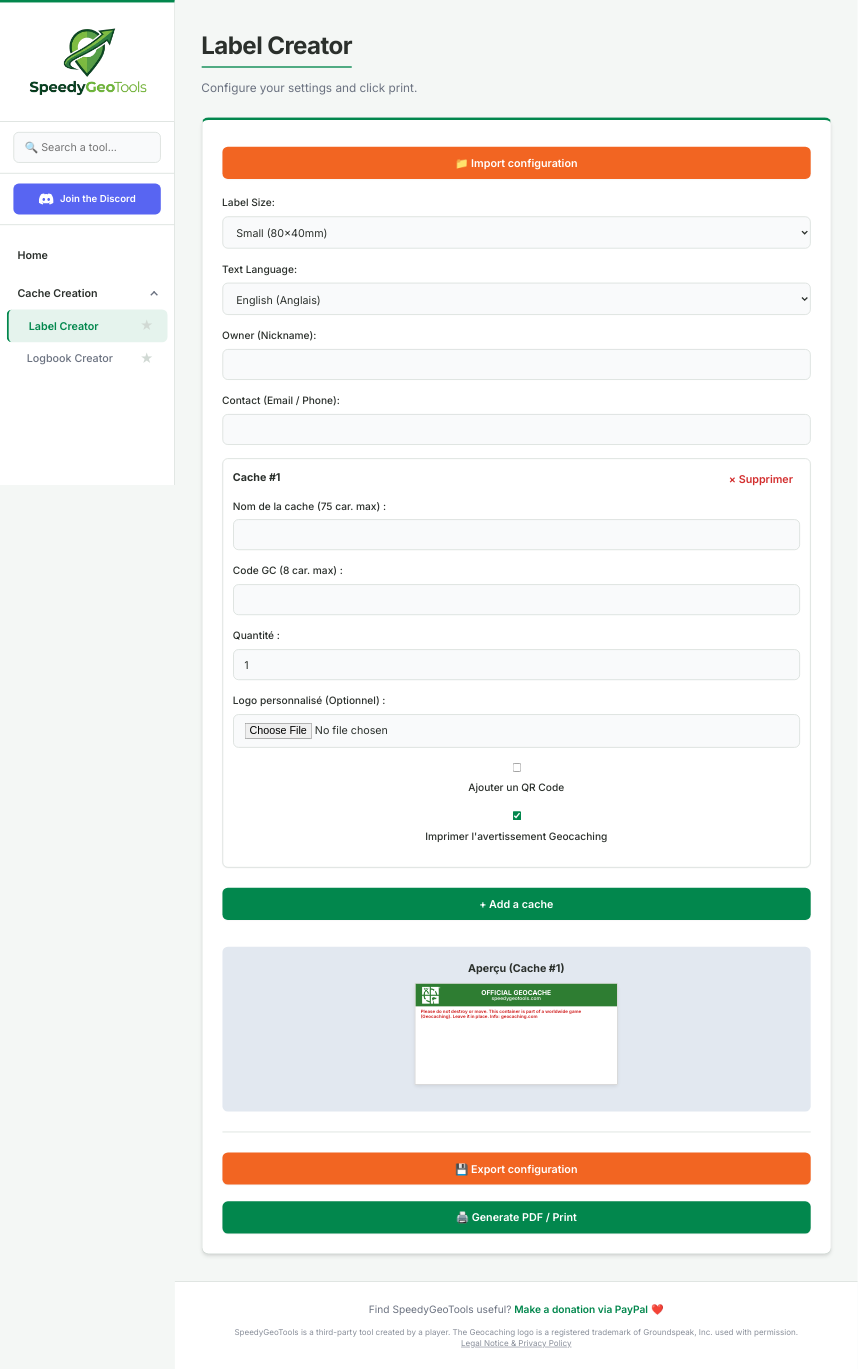
Repository: rodafux/SpeedyGeoTools
Page: labels.html
An editor plug-in stored every save of this project. The page is shown before and after the next save, followed by the edit.
The browser window is 1280 px wide. The pictures show the whole page, at 67% of full size.

Above is the page before, as saved 2026-04-12 04:36:06.

### labels.html
<!DOCTYPE html>
<html lang="en">
<head>
    <meta charset="UTF-8">
    <meta name="viewport" content="width=device-width, initial-scale=1.0">
    <meta property="og:title" content="SpeedyGeoTools - Label Creator">
    <meta property="og:description" content="Generate and print your custom geocaching labels with QR Codes and personalized options.">
    <meta property="og:image" content="https://speedygeotools.com/logo.png">
    <meta property="og:url" content="https://speedygeotools.com/labels.html">
    <meta property="og:type" content="website">
    <title>SpeedyGeoTools - Label Creator</title>
    <meta name="description" content="Generate and print your custom geocaching labels with QR Codes and personalized options.">
    <link rel="icon" type="image/png" href="favicon.png">
    <link rel="alternate" hreflang="en" href="https://speedygeotools.com/labels.html" />
    <link rel="alternate" hreflang="fr" href="https://speedygeotools.com/fr/labels.html" />
    <link rel="alternate" hreflang="x-default" href="https://speedygeotools.com/labels.html" />
    <link rel="preconnect" href="https://fonts.googleapis.com">
    <link rel="preconnect" href="https://fonts.gstatic.com" crossorigin>
    <link href="https://fonts.googleapis.com/css2?family=Inter:wght@400;500;600;700&display=swap" rel="stylesheet">
    <link rel="stylesheet" href="css/style.css">
    <link rel="stylesheet" href="css/print.css">
    <link rel="canonical" href="https://speedygeotools.com/labels.html" />
    <script src="https://cdnjs.cloudflare.com/ajax/libs/qrious/4.0.2/qrious.min.js"></script>
    <script>
        (function() {
            var supportedLangs = ['fr'];
            var userLang = (navigator.language || navigator.userLanguage).substring(0, 2).toLowerCase();
            if (!sessionStorage.getItem('lang_redirect') && supportedLangs.indexOf(userLang) !== -1) {
                sessionStorage.setItem('lang_redirect', 'true');
                window.location.replace(userLang + '/labels.html' + window.location.search);
            }
        })();
    </script>
</head>
<body>
    <div class="app-sidebar no-print">
        <div class="sidebar-header">
            <a href="index.html" class="sidebar-brand">
                <img src="logo.png" alt="SpeedyGeoTools" class="brand-logo">
            </a>
            <button class="mobile-menu-toggle" onclick="toggleMobileMenu()">☰</button>
        </div>
        <div class="sidebar-content" id="sidebarContent">
            <div class="search-container">
                <input type="text" id="toolSearch" placeholder="🔍 Search a tool..." onkeyup="filterTools()">
            </div>
            <div class="sidebar-discord">
                <a href="https://discord.gg/7D9yHJCKaA" target="_blank">
                    <svg viewBox="0 0 127.14 96.36" width="22" height="22" fill="currentColor"><path d="M107.7,8.07A105.15,105.15,0,0,0,81.47,0a72.06,72.06,0,0,0-3.36,6.83A97.68,97.68,0,0,0,49,6.83,72.37,72.37,0,0,0,45.64,0,105.89,105.89,0,0,0,19.39,8.09C2.79,32.65-1.71,56.6.54,80.21h0A105.73,105.73,0,0,0,32.71,96.36,77.7,77.7,0,0,0,39.6,85.25a68.42,68.42,0,0,1-10.85-5.18c.91-.66,1.8-1.34,2.66-2a75.57,75.57,0,0,0,64.32,0c.87.71,1.76,1.39,2.66,2a68.68,68.68,0,0,1-10.87,5.19,77,77,0,0,0,6.89,11.1A105.25,105.25,0,0,0,126.6,80.22h0C129.24,52.84,122.09,29.11,107.7,8.07ZM42.45,65.69C36.18,65.69,31,60,31,53s5-12.74,11.43-12.74S54,46,53.89,53,48.84,65.69,42.45,65.69Zm42.24,0C78.41,65.69,73.31,60,73.31,53s5-12.74,11.43-12.74S96.33,46,96.22,53,91.08,65.69,84.69,65.69Z"/></svg>
                    <span>Join the Discord</span>
                </a>
            </div>
            <div class="sidebar-nav">
                <a href="index.html">Home</a>
                <details open>
                    <summary>Cache Creation</summary>
                    <a href="labels.html" class="active">Label Creator</a>
                    <a href="logbook.html">Logbook Creator</a>
                </details>
            </div>
        </div>
    </div>
    <main class="app-content">
        <div class="container no-print">
            <h1>Label Creator</h1>
            <p class="subtitle">Configure your settings and click print.</p>
            <div class="main-layout" style="display:block;">
                <div class="controls-panel">
                    <div style="margin-bottom: 25px;">
                        <input type="file" id="importLabels" accept=".json" onchange="importConfig(event)" style="display: none;">
                        <button onclick="document.getElementById('importLabels').click()" class="btn-secondary">📁 Import configuration</button>
                    </div>
                    <div class="form-group">
                        <label for="labelSize">Label Size:</label>
                        <select id="labelSize" onchange="onSizeChange()">
                            <option value="micro">Micro (50x25mm)</option>
                            <option value="small" selected>Small (80x40mm)</option>
                            <option value="regular">Regular (120x60mm)</option>
                        </select>
                    </div>
                    <div class="form-group">
                        <label for="pdfLanguage">Text Language:</label>
                        <select id="pdfLanguage" onchange="onSizeChange()">
                            <option value="fr">Français</option>
                            <option value="en" selected>English (Anglais)</option>
                            <option value="de">Deutsch (Allemand)</option>
                            <option value="es">Español (Espagnol)</option>
                            <option value="it">Italiano (Italien)</option>
                            <option value="pt">Português (Portugais)</option>
                            <option value="nl">Nederlands (Néerlandais)</option>
                            <option value="cs">Čeština (Tchèque)</option>
                        </select>
                    </div>
                    <div class="form-group">
                        <label for="labelOwner">Owner (Nickname):</label>
                        <input type="text" id="labelOwner" onkeyup="updateLabelPreview()">
                    </div>
                    <div class="form-group">
                        <label for="labelMail">Contact (Email / Phone):</label>
                        <input type="text" id="labelMail" onkeyup="updateLabelPreview()">
                    </div>
                    <div id="cachesListContainer"></div>
                    <button onclick="addCacheCard()" style="margin-bottom: 20px;">+ Add a cache</button>
                    <div id="labelPreviewContainer" style="margin-top: 20px; background: #e2e8f0; padding: 20px; border-radius: 8px;"></div>
                    <div style="margin-top: 30px; border-top: 1px solid var(--border-color); padding-top: 20px;">
                        <button onclick="exportConfig()" class="btn-secondary" style="margin-bottom: 15px;">💾 Export configuration</button>
                        <button onclick="generateLabelsAndPrint()">🖨️ Generate PDF / Print</button>
                    </div>
                </div>
            </div>
        </div>
        <footer class="site-footer no-print">
            <p>Find SpeedyGeoTools useful? <a href="https://paypal.me/JulienPorcher" target="_blank" rel="noopener noreferrer">Make a donation via PayPal</a> ❤️</p>
            <p class="disclaimer">
                SpeedyGeoTools is a third-party tool created by a player. The Geocaching logo is a registered trademark of Groundspeak, Inc. used with permission.<br>
                <a href="legal.html">Legal Notice & Privacy Policy</a>
            </p>
        </footer>
    </main>
    <div id="render-area"></div>
    <script src="js/i18n.js"></script>
    <script src="js/formats/micro.js"></script>
    <script src="js/formats/small.js"></script>
    <script src="js/formats/regular.js"></script>
    <script src="js/labels.js"></script>
    <script src="js/main.js"></script>
</body>
</html>

### css/print.css
@media print {
    @page { size: A4 portrait; margin: 0; }
    body { background: white; padding: 0; margin: 0; color: black; font-family: sans-serif; display: block; }
    body > * { display: none !important; }
    body > #render-area { display: block !important; width: 100%; }
    .a4-page { width: 210mm; height: 297mm; padding: 10mm 15mm; box-sizing: border-box; display: flex; justify-content: center; break-after: page; }
    .a4-page:last-child { page-break-after: auto; break-after: auto; }
    .log-strip { height: 100%; border: 1px solid #000; border-left: none; box-sizing: border-box; display: flex; flex-direction: column; overflow: hidden; }
    .log-strip:first-child { border-left: 1px solid #000; }
    .staple-area { min-height: 10mm; border-bottom: 1px dashed #999; }
    .official-logo-box { text-align: center; padding: 5mm 0; border-bottom: 1px solid #000; }
    .official-logo-box img { width: 20mm; height: auto; }
    .official-logo-box div { font-size: 7px; font-weight: bold; margin-top: 2px; }
    .strip-logo { width: 100%; max-height: 25mm; object-fit: contain; margin: 4mm 0; padding: 0 2mm; box-sizing: border-box; display: block; }
    .logo-container { border-bottom: 1px solid #000; }
    .created-on { text-align: center; font-size: 9px; font-weight: bold; background-color: #000 !important; color: #FFF !important; padding: 4px 1mm; border-bottom: 1px solid #000; text-transform: uppercase; letter-spacing: 0.3px; -webkit-print-color-adjust: exact; print-color-adjust: exact; }
    .cache-info { text-align: center; padding: 4px 3mm 4px 5mm; border-bottom: 1px solid #000; font-size: 10px; }
    .cache-info strong { font-size: 11px; display: block; }
    .emergency-box { padding: 6px 3mm 6px 5mm; border-bottom: 1px solid #000; font-size: 8px; line-height: 1.6; }
    .emergency-box strong { display: block; text-align: center; font-size: 10px; margin-bottom: 4px; }
    .warning-text { font-size: 6.5px; padding: 4px 3mm 4px 5mm; text-align: justify; line-height: 1.2; border-bottom: 1px solid #000; }
    .warning-text strong { display: block; text-align: center; margin-bottom: 3px; font-size: 7.5px; }
    .warning-text ul { padding-left: 8px; margin: 3px 0; }
    .qr-box { padding: 4px 3mm 4px 5mm; text-align: center; border-bottom: 1px solid #000; }
    .qr-title { font-size: 7px; font-weight: bold; margin-bottom: 2px; }
    .qr-warn { font-size: 6px; margin-top: 2px; color: #333; }
    .podium-box { display: flex; flex-direction: column; border-bottom: 1px solid #000; }
    .podium-stamp { border-bottom: 1px dotted #888; display: flex; flex-direction: column; padding: 2px 2px 2px 5mm; box-sizing: border-box; }
    .podium-stamp.with-tampon { min-height: 35mm; }
    .podium-stamp:last-child { border-bottom: none; }
    .podium-header { display: flex; flex-wrap: wrap; align-items: center; gap: 3px; font-size: 7px; color: #333; margin-bottom: 2mm; }
    .podium-title { font-weight: bold; font-size: 10px; color: #000; margin-right: 2px; }
    .podium-input-date { font-style: italic; }
    .podium-input-pseudo { font-style: italic; flex-grow: 1; }
    .podium-tampon { flex-grow: 1; display: flex; align-items: center; justify-content: center; font-size: 10px; color: #aaa; text-transform: uppercase; letter-spacing: 1px; border: 1px dotted #ccc; }
    .logs-container { flex-grow: 1; display: flex; flex-direction: column; }
    .log-row { flex: 1; border-bottom: 1px solid #ccc; box-sizing: border-box; display: flex; }
    .log-row:last-child { border-bottom: none; }
    .staple-spacer { border-bottom: 1px solid #ccc; }
    .log-date { width: 10mm; border-right: 1px dotted #ccc; font-size: 7px; padding: 2px 2px 2px 3mm; color: #666; box-sizing: border-box; }
    .log-name { flex-grow: 1; font-size: 7px; padding: 2px 2px 2px 2mm; color: #666; box-sizing: border-box; }
}

Loaded but not shown: js/i18n.js (218 lines, source omitted); js/labels.js (226 lines, source omitted); js/main.js (199 lines, source omitted); js/formats/small.js (61 lines, source omitted); js/formats/micro.js (56 lines, source omitted); js/formats/regular.js (44 lines, source omitted); js/sidebar.js (51 lines, source omitted); css/style.css (209 lines, source omitted)

After the next save:
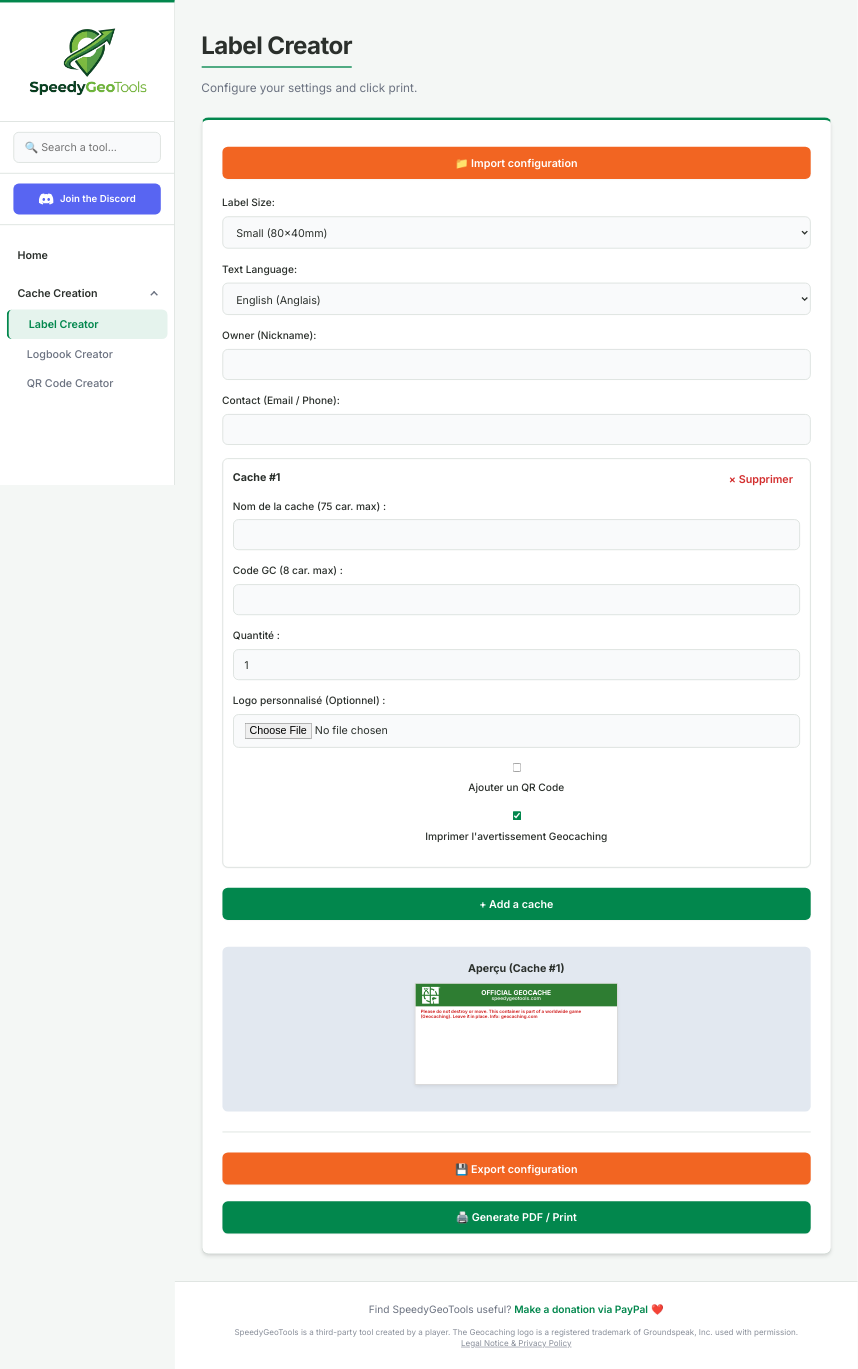
Saved 6 s later.
--- a/labels.html
+++ b/labels.html
@@ -33,33 +33,7 @@
     </script>
 </head>
 <body>
-    <div class="app-sidebar no-print">
-        <div class="sidebar-header">
-            <a href="index.html" class="sidebar-brand">
-                <img src="logo.png" alt="SpeedyGeoTools" class="brand-logo">
-            </a>
-            <button class="mobile-menu-toggle" onclick="toggleMobileMenu()">☰</button>
-        </div>
-        <div class="sidebar-content" id="sidebarContent">
-            <div class="search-container">
-                <input type="text" id="toolSearch" placeholder="🔍 Search a tool..." onkeyup="filterTools()">
-            </div>
-            <div class="sidebar-discord">
-                <a href="https://discord.gg/7D9yHJCKaA" target="_blank">
-                    <svg viewBox="0 0 127.14 96.36" width="22" height="22" fill="currentColor"><path d="M107.7,8.07A105.15,105.15,0,0,0,81.47,0a72.06,72.06,0,0,0-3.36,6.83A97.68,97.68,0,0,0,49,6.83,72.37,72.37,0,0,0,45.64,0,105.89,105.89,0,0,0,19.39,8.09C2.79,32.65-1.71,56.6.54,80.21h0A105.73,105.73,0,0,0,32.71,96.36,77.7,77.7,0,0,0,39.6,85.25a68.42,68.42,0,0,1-10.85-5.18c.91-.66,1.8-1.34,2.66-2a75.57,75.57,0,0,0,64.32,0c.87.71,1.76,1.39,2.66,2a68.68,68.68,0,0,1-10.87,5.19,77,77,0,0,0,6.89,11.1A105.25,105.25,0,0,0,126.6,80.22h0C129.24,52.84,122.09,29.11,107.7,8.07ZM42.45,65.69C36.18,65.69,31,60,31,53s5-12.74,11.43-12.74S54,46,53.89,53,48.84,65.69,42.45,65.69Zm42.24,0C78.41,65.69,73.31,60,73.31,53s5-12.74,11.43-12.74S96.33,46,96.22,53,91.08,65.69,84.69,65.69Z"/></svg>
-                    <span>Join the Discord</span>
-                </a>
-            </div>
-            <div class="sidebar-nav">
-                <a href="index.html">Home</a>
-                <details open>
-                    <summary>Cache Creation</summary>
-                    <a href="labels.html" class="active">Label Creator</a>
-                    <a href="logbook.html">Logbook Creator</a>
-                </details>
-            </div>
-        </div>
-    </div>
+    <div id="sidebar-placeholder"></div>
     <main class="app-content">
         <div class="container no-print">
             <h1>Label Creator</h1>
@@ -124,5 +98,6 @@
     <script src="js/formats/regular.js"></script>
     <script src="js/labels.js"></script>
     <script src="js/main.js"></script>
+    <script src="js/sidebar.js"></script>
 </body>
 </html>
